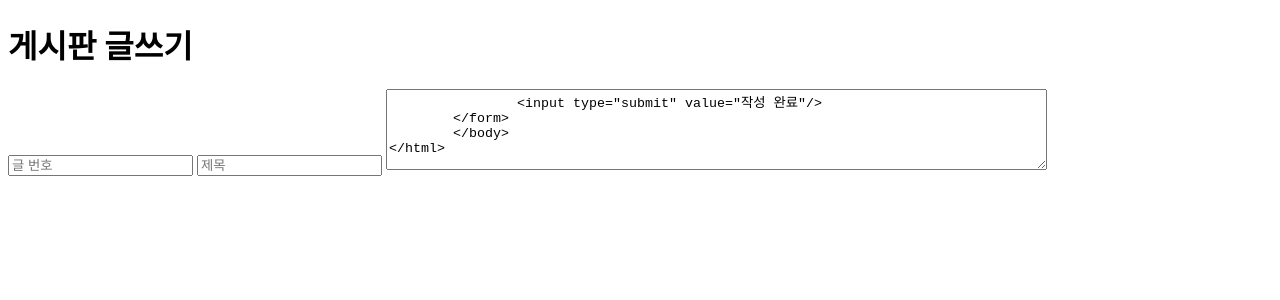
Repository: ljh5973/labweb
Page: http://localhost/JSP02/10_board.jsp
The author's editor kept a copy of each file at every save. The page is drawn from the files as they stood at one save, then again after the next save.
The browser window is 1280 px wide. The pictures show the whole page.
The page is served by Tomcat 9. Other server files are loaded and not shown.

Above is the page before, as saved 2022-01-10 04:50:19.

### JSP02/webapp/10_board.jsp
<%@ page language="java" contentType="text/html; charset=UTF-8"
    pageEncoding="UTF-8"%>
<%@ page trimDirectiveWhitespaces="true"%>
<!DOCTYPE html>
<html>
	<head>
		<meta charset="UTF-8">
		<title>JSP</title>
	</head>
	<body>


	<h1>게시판 글쓰기</h1>
	<form action="10_board_result.jsp" method="post">

		<input type="number" name="boardId"placeholder="글 번호"/>
		<input type="text" name="title" placeholder="제목"/>
		<textarea rows="5" cols="80" name="content" placeholder="글 본문">
		<input type="submit" value="작성 완료"/>
	</form>
	</body>
</html>

After the next save:
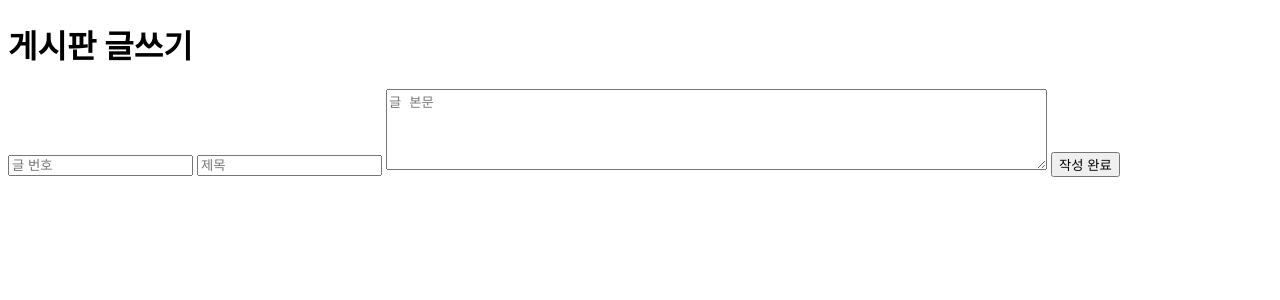
Saved 4 s later.
--- a/JSP02/webapp/10_board.jsp
+++ b/JSP02/webapp/10_board.jsp
@@ -15,7 +15,7 @@
 
 		<input type="number" name="boardId"placeholder="글 번호"/>
 		<input type="text" name="title" placeholder="제목"/>
-		<textarea rows="5" cols="80" name="content" placeholder="글 본문">
+		<textarea rows="5" cols="80" name="content" placeholder="글 본문"></textarea>
 		<input type="submit" value="작성 완료"/>
 	</form>
 	</body>
